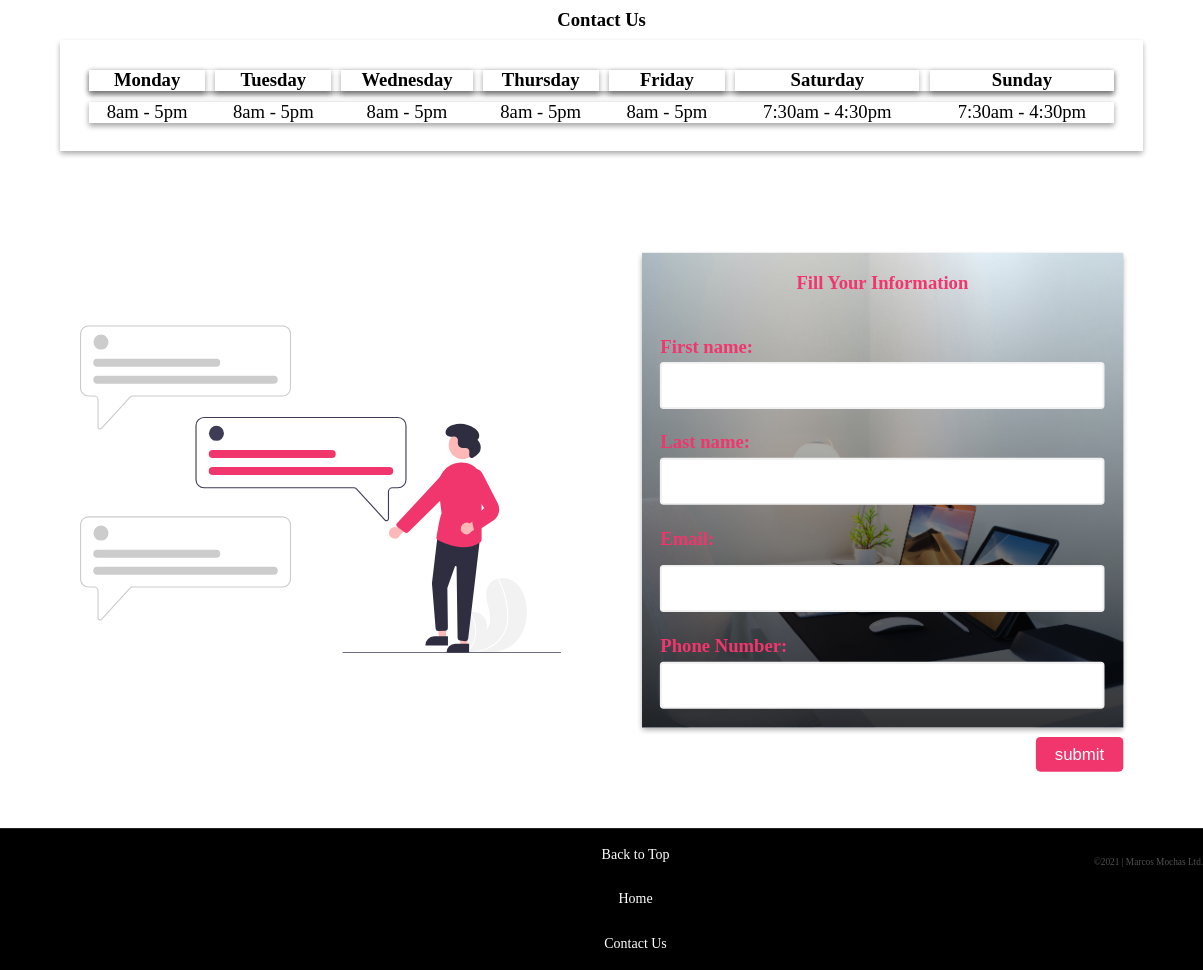
Repository: CAMPSLOPY/marcos-mochas
Page: HTML/contact.html
An editor plug-in stored every save of this project. The page is shown before and after the next save, followed by the edit.
The browser window is 1280 px wide. The pictures show the whole page, at 94% of full size.

Above is the page before, as saved 2021-07-05 00:25:31.

### HTML/contact.html
<!DOCTYPE html>
<html lang="en">
<head>
    <meta charset="UTF-8">
    <meta http-equiv="X-UA-Compatible" content="IE=edge">
    <meta name="viewport" content="width=device-width, initial-scale=1.0">
    <meta name="robots" content="index,follow" />
    <meta
      name="description"
      content=""
    />
    <link rel="stylesheet" href="/CSS/contact.css">
    <title>Contact Us</title>
</head>
<body>
    <header >
        <!--page hours title-->
        <h1  class="header-text">Contact Us</h1>



    <div class="header-table-content">


        <!--Page hours and contact form-->
        <table cellspacing="11">
        <tr>
            <th>Monday</th>
            <th>Tuesday</th>
            <th>Wednesday</th>
            <th>Thursday</th>
            <th>Friday</th>
            <th>Saturday</th>
            <th>Sunday</th>
        </tr>
        <tr class="tr-rule">
            <td>8am - 5pm</td>
            <td>8am - 5pm</td>
            <td>8am - 5pm</td>
            <td>8am - 5pm</td>
            <td>8am - 5pm</td>
            <td>7:30am - 4:30pm</td>
            <td>7:30am - 4:30pm</td>
        </tr>
        </table>
    </div>
</header>


<main>
<div class="form-content">
<div class="form-content-text">
    <img src="/contactt.svg" alt="">
    </div>

    <!--Hours table start here-->

        <!--Form starts here-->
        <!-- i wrapped the form inside a div content so that we can give it freedo
        when styling -->

            <form class="contact-form" action="">
                <h2>Fill Your Information</h2>

                <div class="form-control">
                    <!--first name input/required-->
                    <label for="fname">First name:</label>
                    <input type="text" id="fname" name="fname" value="" required>
                </div>
               <div class="form-control">
                 <!--last name input/required-->
                 <label for="lname">Last name:</label>
                 <input type="text" id="lname" name="lname" value="" required>
               </div>

               <div class="form-control">
                  <!--email address input/required-->
                  <label for="email">Email:</label><br>
                  <input type="text" id="email" name="Email" value="" required>
               </div>

               <div class="form-control">
                   <!--Phone number input/not required-->
                <label for="Phone">Phone Number:</label>
                <input type="text" id="phone" name="Phone" value="">
               </div>

                <!--Submit button-->
                <button class="btn" type="submit">submit</button>
                      </form>
        </div>

    </main>

    <!--page navi links & copyright-->
    <footer>
        <div class="contact-footer">
        <ul>
            <!-- IDEA: img / just text for our "logo" -->
            <li><a href="#top">Back to Top</a></li>
            <li><a href="/HTML/Index.html">Home</a></li>
            <li><a href="/HTML/contact.html">Contact Us</la></li>
        </ul>
        </div>
        <!--Copyright class -->
        <div class="copyright">
            <a>&copy;2021 | Marcos Mochas Ltd.</a>
        </div>
    </footer>
</body>
</html>

### CSS/contact.css
/* universal styling of the contact page */
* {
  margin: 0;
  padding: 0;
  box-sizing: border-box;
}

body {
  min-height: 100vh;
  background: white;
}

html {
  font-size: 62%;
  scroll-behavior: smooth;
}

header {
  text-align: center;
  min-height: 10vh;
  color: black;
}
header h1 {
  padding: 1rem 0;
  margin-top: 1rem 0;
}
.header-table-content {
  padding: 2rem;
  cursor: pointer;
  display: flex;
  align-items: center;
  justify-content: center;
  box-shadow: 0 3px 6px rgba(0, 0, 0, 0.16), 0 3px 6px rgba(0, 0, 0, 0.23);
  width: 90%;
  margin: auto;
}
table tr,
th {
  font-size: 2rem;
  box-shadow: 0 3px 6px rgba(0, 0, 0, 0.16), 0 3px 6px rgba(0, 0, 0, 0.23);
}

/* styling the Form */

.form-content {
  text-align: center;
  display: flex;
  min-height: 100vh;
  justify-content: space-evenly;
  align-items: center;
  flex: 2 1 40rem;
  color: white;
  margin: auto;
}
.form-content-text {
  position: relative;
  width: 40%;
  height: 100%;
}

.form-content-text img {
  width: 100%;
  height: 100%;
  object-fit: cover;
}
.contact-form {
  width: 40%;
  height: 100%;
  position: relative;
  background: linear-gradient(to top, rgba(0, 0, 0, 0.8), transparent),
    url("/pexels-elvis-2528118.jpeg");
  background-position: center;
  background-repeat: no-repeat;
  background-size: cover;
  box-shadow: 0 3px 6px rgba(0, 0, 0, 0.16), 0 3px 6px rgba(0, 0, 0, 0.23);
}
.contact-form h2 {
  font-size: 2rem;
  padding: 2rem 0rem;
  color: #f1356d;
}
.form-control {
  margin: 2rem;
  position: relative;
  cursor: pointer;
}

.form-control label {
  font-size: 2rem;
  display: block;
  text-align: left;
  font-weight: bold;
  padding: 5px 0px;
  color: black;
  color: #f1356d;
}
.form-control input {
  border: 2px solid #f0f0f0;
  border-radius: 4px;
  display: block;
  width: 100%;
  font-size: 14px;
  padding: 15px;
  outline: none;
}

.btn {
  padding: 8px 20px;
  cursor: pointer;
  position: absolute;
  right: 0;
  outline: none;
  border: none;
  color: white;
  margin-top: 1rem;
  border-radius: 5px;
  font-size: 1.8rem;
  background: #f1356d;
}
.btn:hover {
  color: black;
  transition: 0.2s ease-in;
}
/* styling for hours table */

table {
  width: 100%;
}
table tr th:hover {
  background-color: #f1356d;
  transition: 0.2s ease-in;
  color: white;
}
.tr-rule {
  box-shadow: 0 3px 6px rgba(0, 0, 0, 0.16), 0 3px 6px rgba(0, 0, 0, 0.23);
}
/*Footer css code*/

/*The links at the bottom of the footer shouldnt be stacked up and placed at the bottom of the page*/

footer {
  min-height: 10vh;
  background: black;
  display: flex;
  justify-content: space-between;
  align-items: center;
  position: relative;
  overflow: hidden;
  cursor: pointer;
}
footer ul li {
  padding: 1rem 0rem;
  margin: 1rem auto;
}
footer ul li a {
  color: white;
  list-style-type: none;
  text-decoration: none;
  font-size: 1.5rem;
}
.contact-footer{
    display: inline-block;
    text-align: center;
    position: relative;
    left: 50%;
}
.copyright {
  color: rgba(255, 255, 255, 0.315);
  font-size: 1rem;
  position: relative;
  bottom: 4rem;
}

After the next save:
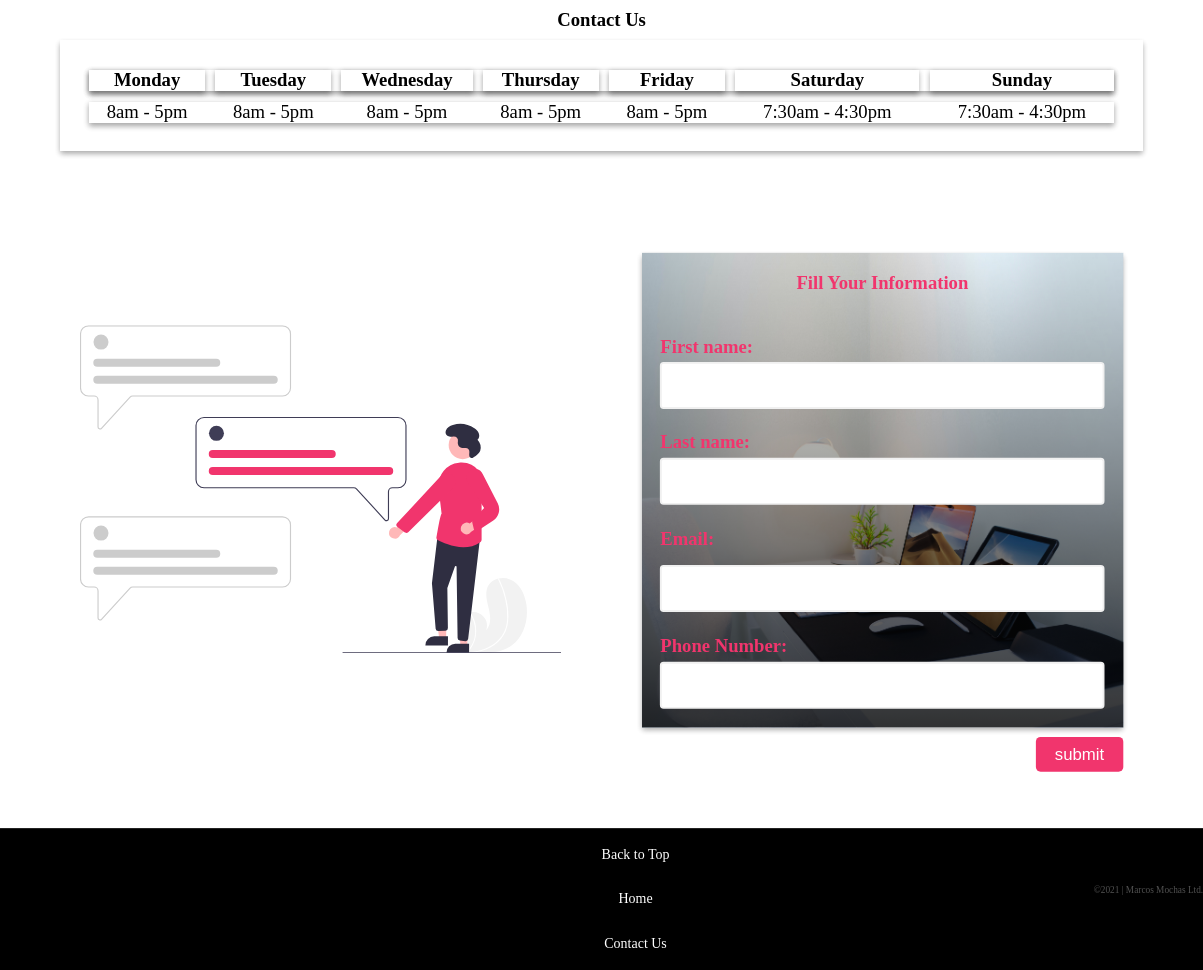
Saved 11 s later.
--- a/CSS/contact.css
+++ b/CSS/contact.css
@@ -168,5 +168,5 @@ footer ul li a {
   color: rgba(255, 255, 255, 0.315);
   font-size: 1rem;
   position: relative;
-  bottom: 4rem;
+  bottom: 1rem;
 }
